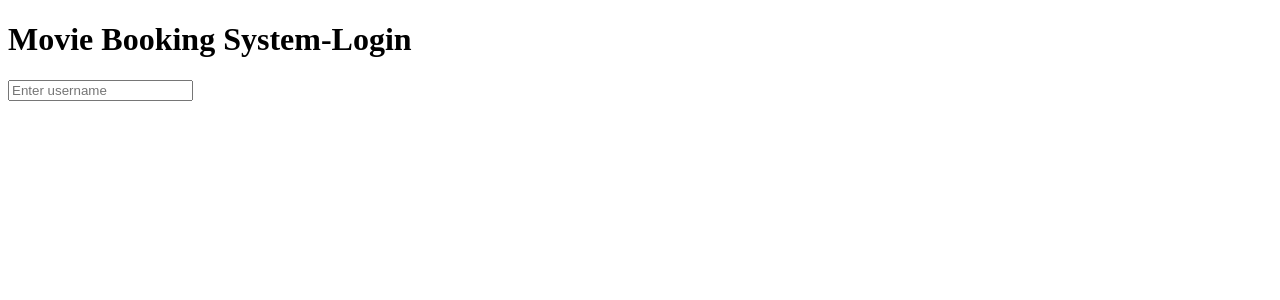
Repository: shesha1096/Java-Programs
Page: http://localhost/MovieTicketBooking/ms
These files come from the project's save history. The page is drawn as it stood at one moment and after the next save; the edit follows.
The browser window is 1280 px wide. The pictures show the whole page.
The page is served by Tomcat 9. Other server files are loaded and not shown.

Above is the page before, as saved 2018-07-21 06:48:54.

### MovieTicketBooking/WebContent/login.jsp
<%@ page language="java" contentType="text/html; charset=ISO-8859-1"
    pageEncoding="ISO-8859-1"%>
<!DOCTYPE html PUBLIC "-//W3C//DTD HTML 4.01 Transitional//EN" "http://www.w3.org/TR/html4/loose.dtd">
<html>
<head>
<meta http-equiv="Content-Type" content="text/html; charset=ISO-8859-1">
<title>Insert title here</title>
</head>
<body>
<h1 style="align:center"> Movie Booking System-Login</h1>
<form action="ms">
<input type="text" placeholder="Enter username"/><br/>

</form>
</body>
</html>

### MovieTicketBooking/src/com/servlets/MovieServlet.java
package com.servlets;

import java.io.IOException;
import javax.servlet.ServletException;
import javax.servlet.annotation.WebServlet;
import javax.servlet.http.HttpServlet;
import javax.servlet.http.HttpServletRequest;
import javax.servlet.http.HttpServletResponse;
import javax.servlet.http.HttpSession;

/**
 * Servlet implementation class MovieServlet
 */
@WebServlet("/MovieServlet")
public class MovieServlet extends HttpServlet {
	private static final long serialVersionUID = 1L;

    /**
     * @see HttpServlet#HttpServlet()
     */
    public MovieServlet() {
        super();
        // TODO Auto-generated constructor stub
    }


	@Override
	public void init() throws ServletException {
		// TODO Auto-generated method stub
		super.init();

	}


	/**
	 * @see HttpServlet#doGet(HttpServletRequest request, HttpServletResponse response)
	 */
	protected void doGet(HttpServletRequest request, HttpServletResponse response) throws ServletException, IOException {
		// TODO Auto-generated method stub
		HttpSession session = request.getSession(true);
		request.getRequestDispatcher("login.jsp").forward(request, response);;

	}

	/**
	 * @see HttpServlet#doPost(HttpServletRequest request, HttpServletResponse response)
	 */
	protected void doPost(HttpServletRequest request, HttpServletResponse response) throws ServletException, IOException {
		// TODO Auto-generated method stub
		doGet(request, response);
	}

}

After the next save:
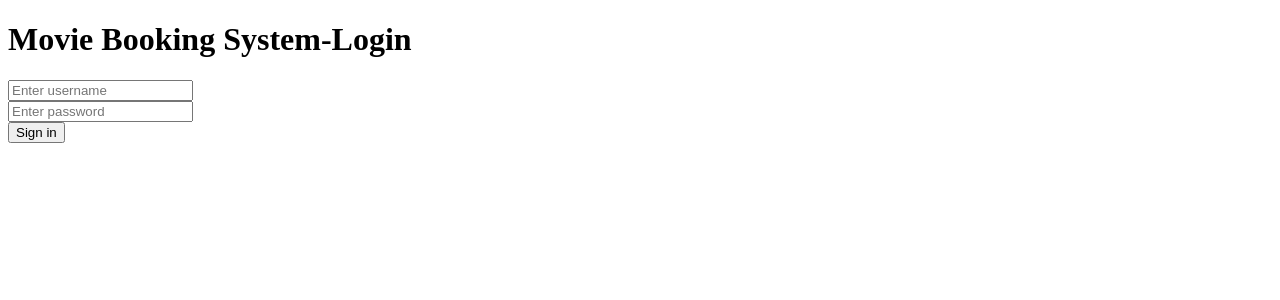
Saved 110 s later.
--- a/MovieTicketBooking/WebContent/login.jsp
+++ b/MovieTicketBooking/WebContent/login.jsp
@@ -8,9 +8,10 @@
 </head>
 <body>
 <h1 style="align:center"> Movie Booking System-Login</h1>
-<form action="ms">
+<form action="ms" id="loginform">
 <input type="text" placeholder="Enter username"/><br/>
-
+<input type="password" placeholder="Enter password"/><br/>
+<input type="submit" name="action" value="Sign in"/>
 </form>
 </body>
 </html>
